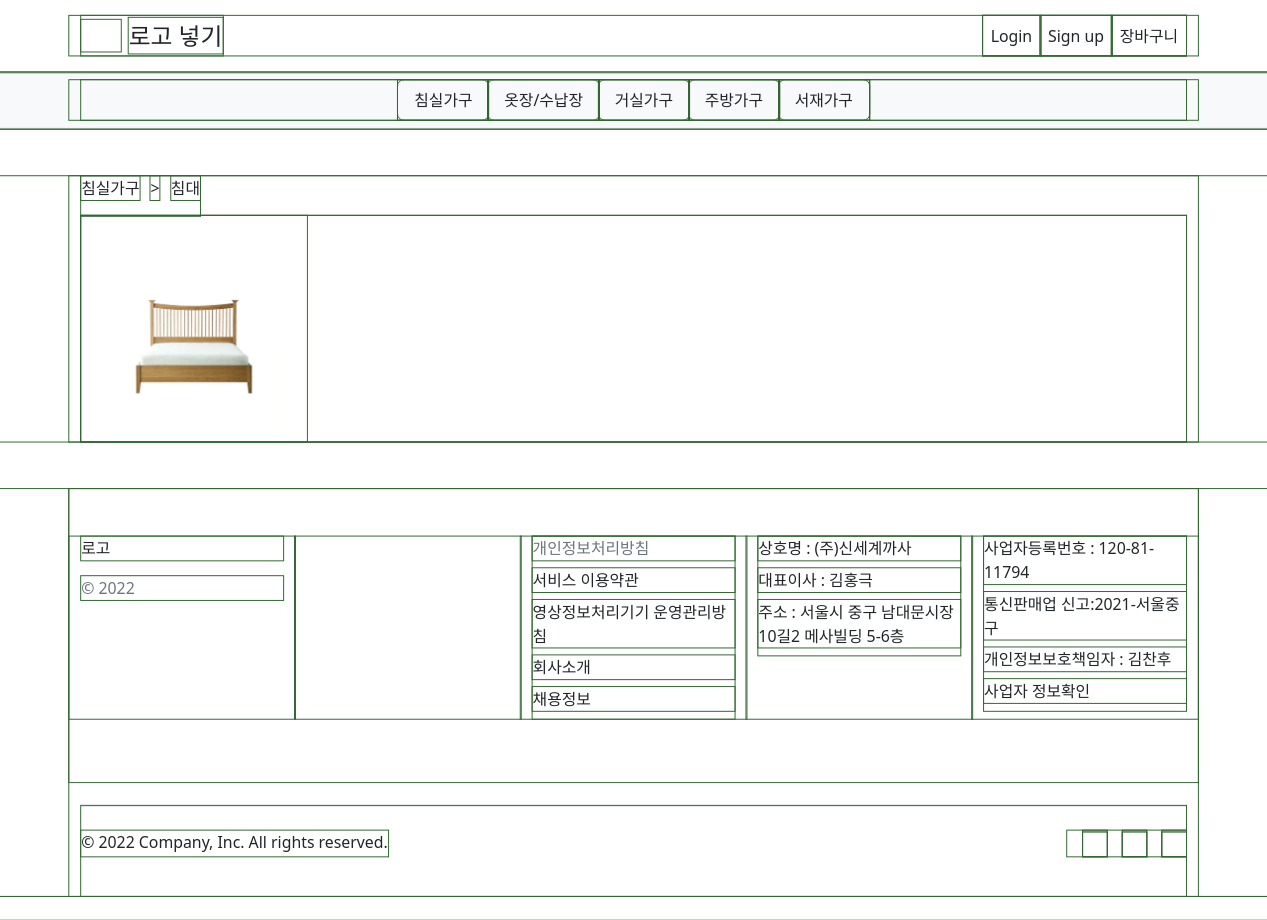
Repository: raoniee/Elice-House-Project
Page: FE/views/pages/main/item-list-page.html
An editor plug-in stored every save of this project. The page is shown before and after the next save, followed by the edit.
The browser window is 1280 px wide. The pictures show the whole page, at 99% of full size.

Above is the page before, as saved 2023-07-06 13:45:27.

After the next save:
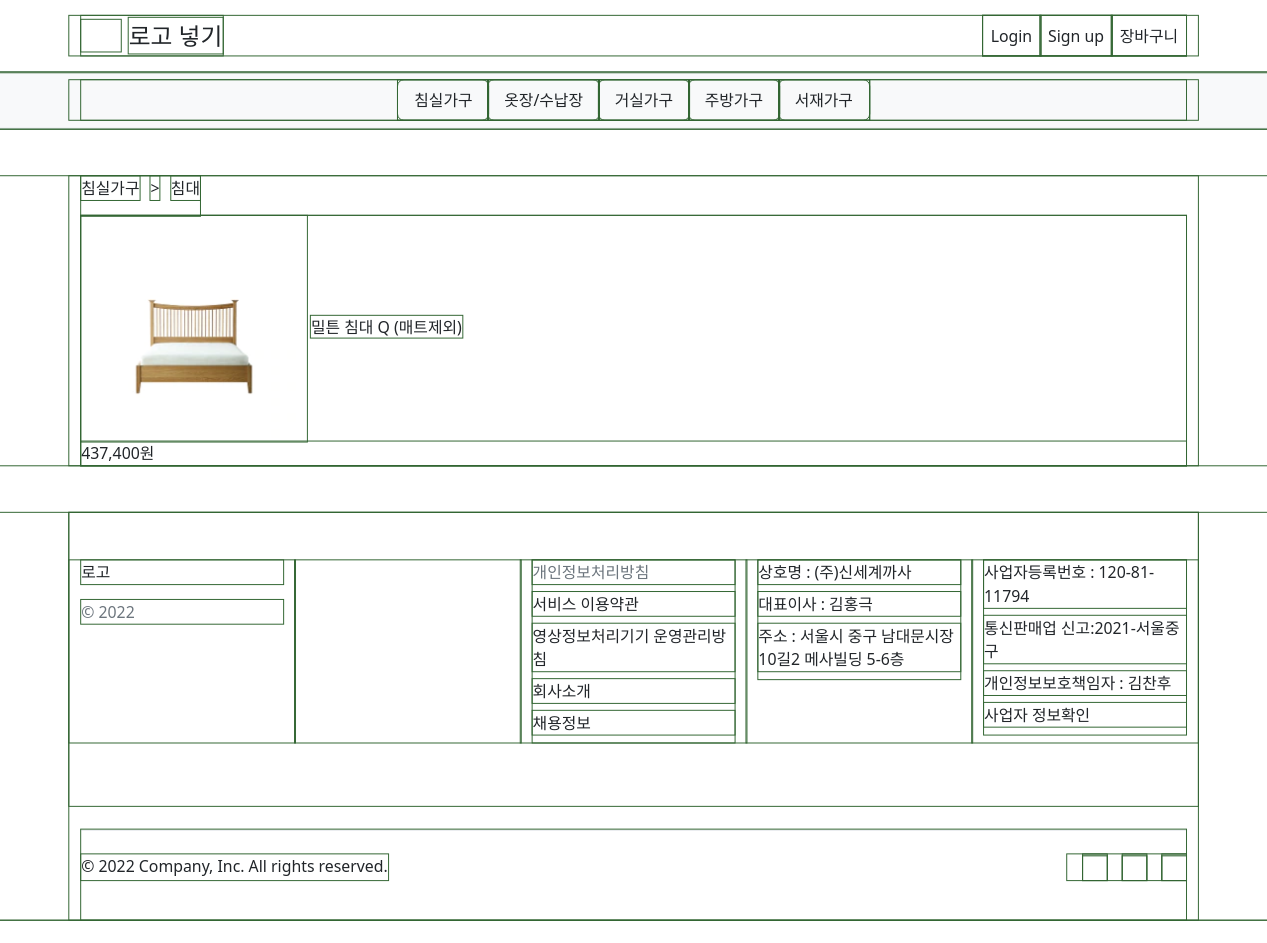
Saved 2 min 54 s later.
--- a/FE/views/pages/main/item-list-page.html
+++ b/FE/views/pages/main/item-list-page.html
@@ -48,6 +48,8 @@
         <div class="item_list">
           <div class="item_list_card">
             <img src="../../../public/assets/imgs/item-list-card.webp" alt="" />
+            <span class="item_list_name">밀튼 침대 Q (매트제외)</span>
+            <p class="item_list_price">437,400원</p>
           </div>
           <!-- item_list_card template로 삽입 -->
         </div>
